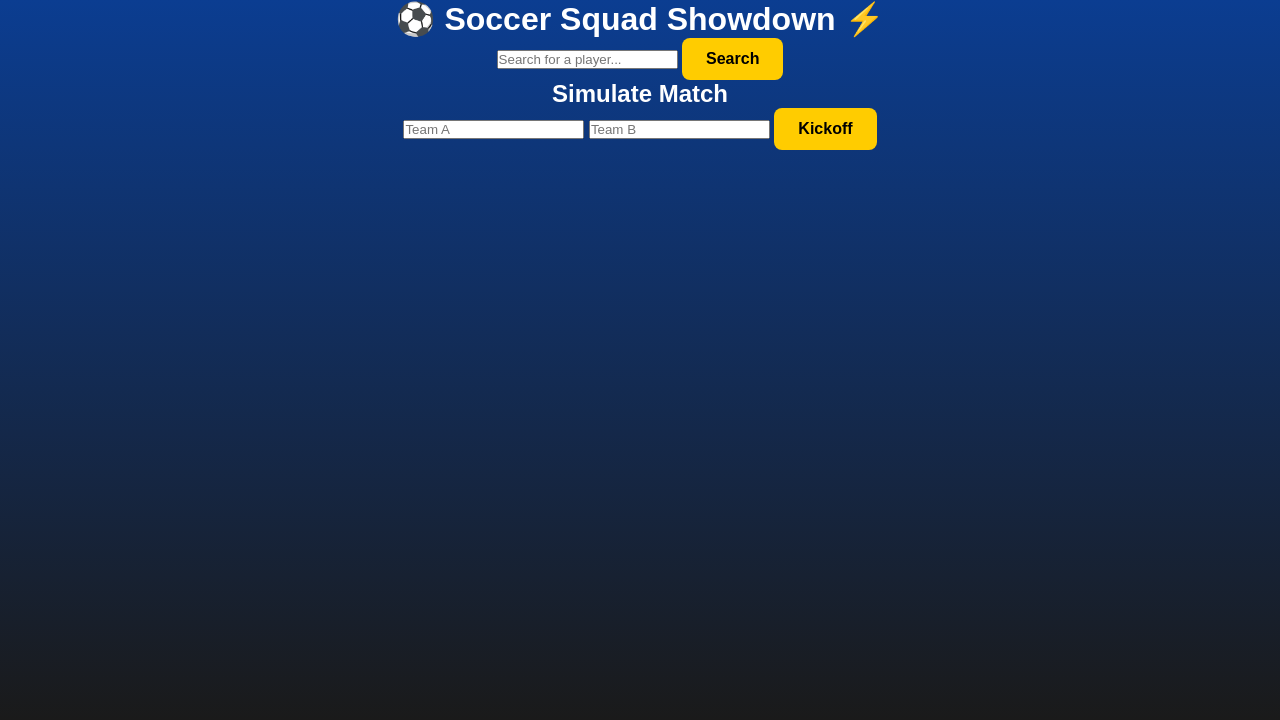
Repository: Manas-Parasar/Soccer-Squad-Showdown
Page: frontend/index.html
The author's editor kept a copy of each file at every save. The page is drawn from the files as they stood at one save, then again after the next save.
The browser window is 1280 px wide. The pictures show the whole page.

Above is the page before, as saved 2025-09-04 14:20:04.
Console error: TypeError: Cannot set properties of null (setting 'onclick')

After the next save:
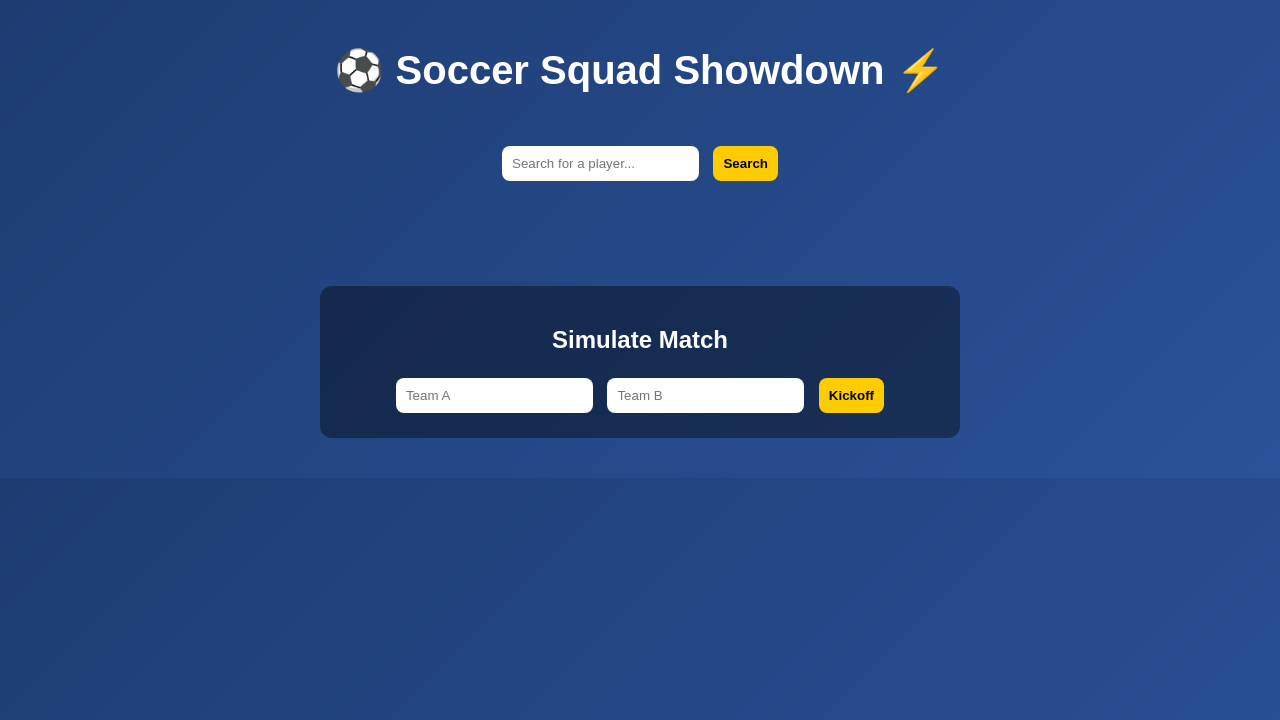
Saved 23 s later.
--- a/frontend/styles.css
+++ b/frontend/styles.css
@@ -1,139 +1,67 @@
-/* ===== General Reset ===== */
-* {
+body {
+  font-family: "Poppins", sans-serif;
+  background: linear-gradient(135deg, #1e3c72, #2a5298);
+  color: white;
+  text-align: center;
   margin: 0;
   padding: 0;
-  box-sizing: border-box;
-  font-family: "Poppins", sans-serif;
 }
 
-body {
-  background: linear-gradient(180deg, #0b3d91 0%, #1a1a1a 100%);
-  color: #fff;
-  text-align: center;
-  min-height: 100vh;
-  display: flex;
-  flex-direction: column;
-  justify-content: flex-start;
-  align-items: center;
+h1 {
+  padding: 20px;
+  font-size: 2.5em;
 }
 
-/* ===== Header ===== */
-header {
-  padding: 20px;
-  background: rgba(0, 0, 0, 0.7);
-  width: 100%;
-  position: sticky;
-  top: 0;
-  box-shadow: 0 4px 10px rgba(0, 0, 0, 0.4);
+.search-section {
+  margin: 20px;
 }
 
-header h1 {
-  font-size: 2.5rem;
-  color: #ffcc00;
-  letter-spacing: 2px;
-  text-shadow: 0px 0px 12px rgba(255, 204, 0, 0.8);
-}
-
-/* ===== Player Selection ===== */
-#player-selection {
-  margin: 30px auto;
-  display: flex;
-  gap: 20px;
-  justify-content: center;
-}
-
-#player-selection input {
-  padding: 12px;
+input,
+button {
+  padding: 10px;
+  margin: 5px;
   border-radius: 8px;
   border: none;
-  outline: none;
-  font-size: 1rem;
-  width: 220px;
-  transition: 0.3s;
-}
-
-#player-selection input:focus {
-  box-shadow: 0px 0px 12px #ffcc00;
 }
 
 button {
   background: #ffcc00;
-  border: none;
-  padding: 12px 24px;
-  font-size: 1rem;
-  border-radius: 8px;
   cursor: pointer;
-  transition: 0.3s;
   font-weight: bold;
 }
 
 button:hover {
-  background: #ffdb4d;
-  transform: scale(1.05);
-  box-shadow: 0 0 15px #ffcc00;
+  background: #ff9900;
 }
 
-/* ===== Match Arena ===== */
-#match-arena {
-  position: relative;
-  width: 900px;
-  height: 500px;
-  background: url("images/field.png") center/cover no-repeat;
-  border: 4px solid #fff;
-  border-radius: 20px;
-  margin: 30px 0;
-  overflow: hidden;
-  box-shadow: 0 0 25px rgba(255, 255, 255, 0.3);
+.player-grid {
+  display: grid;
+  grid-template-columns: repeat(auto-fill, minmax(180px, 1fr));
+  gap: 15px;
+  padding: 20px;
 }
 
-/* ===== Player Sprites ===== */
-.player {
-  position: absolute;
-  width: 120px;
-  height: 120px;
-  border-radius: 50%;
-  overflow: hidden;
-  border: 3px solid #ffcc00;
-  box-shadow: 0 0 20px rgba(255, 204, 0, 0.7);
-  transition: transform 0.5s ease-in-out;
+.player-card {
+  background: rgba(255, 255, 255, 0.1);
+  border-radius: 12px;
+  padding: 10px;
+  transition: transform 0.2s;
 }
 
-.player img {
-  width: 100%;
-  height: 100%;
-  object-fit: cover;
+.player-card:hover {
+  transform: scale(1.05);
+  background: rgba(255, 255, 255, 0.2);
 }
 
-/* ===== Animations ===== */
-@keyframes moveAcross {
-  from {
-    transform: translateX(0);
-  }
-  to {
-    transform: translateX(600px);
-  }
+.player-card img {
+  width: 100%;
+  border-radius: 8px;
 }
 
-.animate-run {
-  animation: moveAcross 3s linear infinite alternate;
+.match-section {
+  margin: 40px auto;
+  max-width: 600px;
+  background: rgba(0, 0, 0, 0.4);
+  padding: 20px;
+  border-radius: 12px;
 }
-
-/* ===== Scoreboard ===== */
-#scoreboard {
-  background: rgba(0, 0, 0, 0.6);
-  padding: 12px 24px;
-  border-radius: 10px;
-  margin-bottom: 20px;
-  font-size: 1.3rem;
-  letter-spacing: 1px;
-  box-shadow: 0 0 12px rgba(255, 255, 255, 0.4);
-}
-
-/* ===== Footer ===== */
-footer {
-  margin-top: auto;
-  padding: 20px;
-  background: rgba(0, 0, 0, 0.7);
-  font-size: 0.9rem;
-  color: #aaa;
-}
